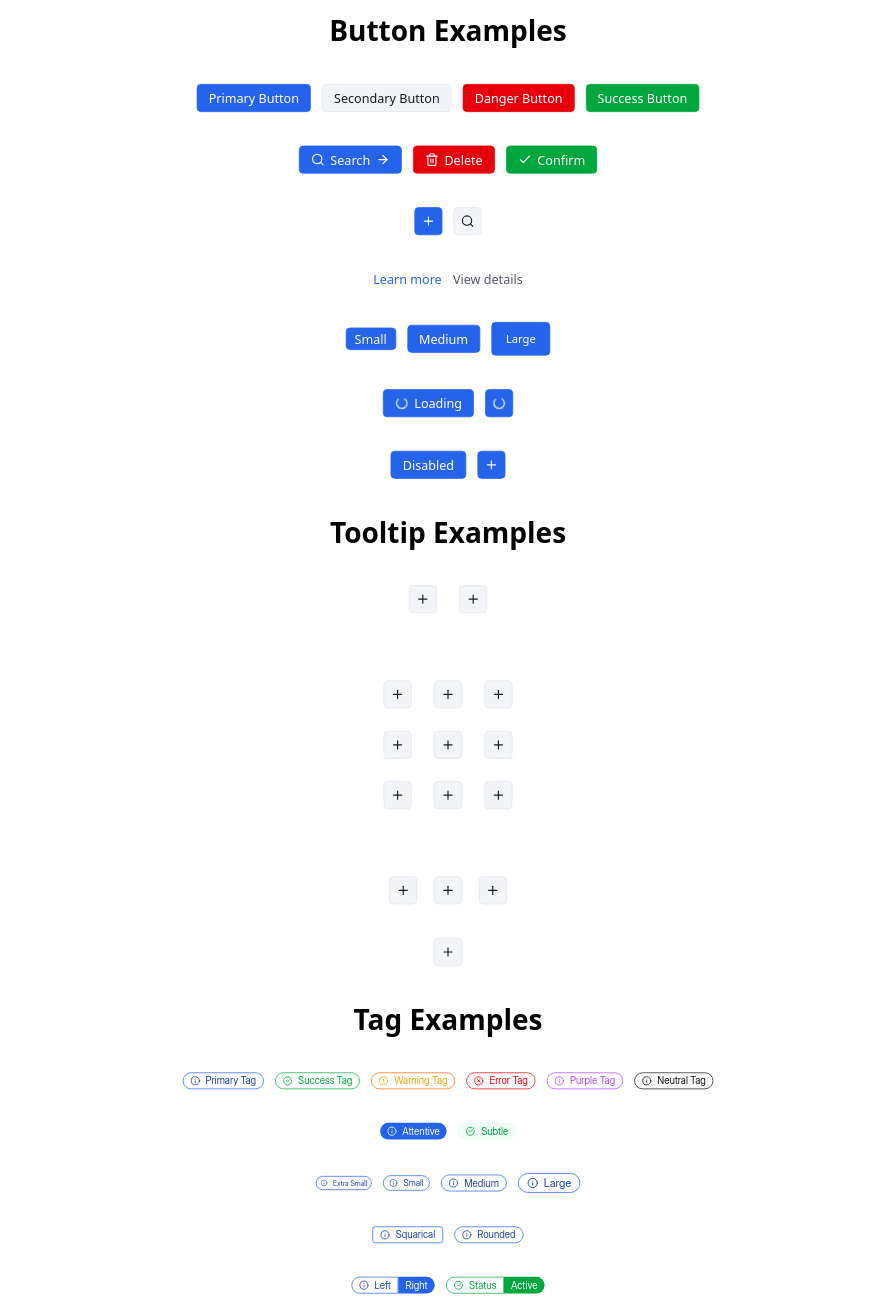
Repository: vinit-juspay/design-system
Page: /
An editor plug-in stored every save of this project. The page is shown before and after the next save, followed by the edit.
The browser window is 1280 px wide. The pictures show the whole page, at 70% of full size.
Some web fonts or font styles are not loaded; a fallback is used. The project was rebuilt for these pictures with package versions that can differ from the ones it lists, and the page was loaded fresh each time. Also part of the build but not shown: vite.config.ts, src/components/button/Button.utils.ts, src/components/button/Button.tsx.

Above is the page before, as saved 2025-04-05 19:15:54.

### index.html
<!doctype html>
<html lang="en">
  <head>
    <meta charset="UTF-8" />
    <meta name="viewport" content="width=device-width, initial-scale=1.0" />
    <link rel="preconnect" href="https://fonts.googleapis.com">
    <link rel="preconnect" href="https://fonts.gstatic.com" crossorigin>
    <link href="https://fonts.googleapis.com/css2?family=Inter+Display:wght@400;500;600;700&family=JetBrains+Mono:wght@400;500;600;700&display=swap" rel="stylesheet">
    <title>Juspay Design System</title>
  </head>
  <body>
    <div id="root"></div>
    <script type="module" src="/src/main.tsx"></script>
  </body>
</html>

### src/index.ts
import './index.css';

export type { ButtonProps, ButtonType, ButtonSize } from './components/button/Button.types';
export { default as Button } from './components/button/Button';

export type { TooltipProps, TooltipSize, TooltipArrow, SlotDirection } from './components/tooltip/Tooltip.types';
export { default as Tooltip } from './components/tooltip/Tooltip';

### lib/main.ts
import '../src/index.css';

export { default as Button } from './components/Button/Button';
export { default as Tag, SplitTag } from './components/Tags/Tags';

### src/components/tooltip/Tooltip.tsx
import * as React from 'react';
import * as RadixTooltip from '@radix-ui/react-tooltip';
import { TooltipProps } from './Tooltip.types';
import { getTooltipClassNames, getArrowStyles, getContentContainerClassNames, getSlotClassNames } from './Tooltip.utils';

/**
 * Tooltip component built on top of Radix UI tooltip primitive
 * Provides contextual information when hovering over elements
 *
 * @component
 * @example
 * // Basic usage
 * <Tooltip content="This is a tooltip">
 *   <Button>Hover me</Button>
 * </Tooltip>
 *
 * // With custom slot (e.g. icon)
 * <Tooltip content="Custom tooltip" arrow="right" hasSlot slot={InfoIcon} slotDirection="left">
 *   <span>Hover for info</span>
 * </Tooltip>
 */

const Tooltip = React.forwardRef<
  React.ElementRef<typeof RadixTooltip.Content>,
  TooltipProps
>(({
  children,
  content,
  size = 'sm',
  arrow = 'default',
  hasSlot = false,
  slotDirection = 'left',
  slot: Slot,
  providerProps = { delayDuration: 300 },
  rootProps,
  contentProps,
}, ref) => {
  const tooltipClassNames = getTooltipClassNames(size);
  const { arrowClassName, side, align, showArrow } = getArrowStyles(arrow);
  const contentContainerClassNames = getContentContainerClassNames();

  return (
    <RadixTooltip.Provider delayDuration={providerProps.delayDuration}>
      <RadixTooltip.Root {...rootProps}>
        <RadixTooltip.Trigger asChild>
          {children}
        </RadixTooltip.Trigger>
        <RadixTooltip.Portal>
          <RadixTooltip.Content
            ref={ref}
            sideOffset={5}
            side={side as RadixTooltip.TooltipContentProps['side']}
            align={align as RadixTooltip.TooltipContentProps['align']}
            className={tooltipClassNames}
            {...contentProps}
          >
            <div className={contentContainerClassNames}>
              {hasSlot && slotDirection === 'left' && Slot && (
                <Slot className={getSlotClassNames('left')} />
              )}
              {content}
              {hasSlot && slotDirection === 'right' && Slot && (
                <Slot className={getSlotClassNames('right')} />
              )}
            </div>
            {showArrow && <RadixTooltip.Arrow className={arrowClassName} />}
          </RadixTooltip.Content>
        </RadixTooltip.Portal>
      </RadixTooltip.Root>
    </RadixTooltip.Provider>
  );
});

Tooltip.displayName = 'Tooltip';

export default Tooltip;

### lib/components/Button/Button.tsx
import * as React from 'react';
import { Loader2 } from 'lucide-react';
import { ButtonProps } from './types';
import { cn } from '../../utils';
import { getButtonClassNames, getIconClassNames, getTextClassNames } from './utils';

const Button = React.forwardRef<HTMLButtonElement, ButtonProps>(
  ({
    buttonType = 'primary',
    size = 'md',
    subType = 'default',
    text,
    leadingIcon: LeadingIcon,
    trailingIcon: TrailingIcon,
    isLoading = false,
    isDisabled = false,
    className,
    children,
    ...props
  }, ref) => {
    const baseClassNames = getButtonClassNames(buttonType, size, subType);
    const iconClassNames = getIconClassNames(size, isLoading);
    const textClassNames = getTextClassNames(size);

    return (
      <button
        ref={ref}
        disabled={isDisabled || isLoading}
        className={cn(baseClassNames, className)}
        {...props}
      >
        {isLoading && (
          <Loader2 className={iconClassNames} />
        )}
        {!isLoading && LeadingIcon && (
          <LeadingIcon className={iconClassNames} />
        )}
        {(text || children) && (
          <span className={textClassNames}>{text || children}</span>
        )}
        {!isLoading && TrailingIcon && (
          <TrailingIcon className={iconClassNames} />
        )}
      </button>
    );
  }
);

Button.displayName = 'Button';

export default Button;

### lib/components/Tags/Tags.tsx
import * as React from 'react';
import { TagProps, SplitTagProps } from './types';
import { cn } from '../../utils';
import { getTagClassNames, getSplitTagClassNames } from './utils';
import { themeConfig } from '../../themeConfig';
// Import default icons
import { CheckCircle, XCircle, AlertCircle, InfoIcon } from 'lucide-react';

const Tag = React.forwardRef<HTMLDivElement, TagProps>(
  ({
    variant = 'noFill',
    tagStyle = 'rounded',
    size = 'md',
    color = 'neutral',
    label,
    leadingSlot,
    trailingSlot,
    className,
    children,
    ...props
  }, ref) => {
    const baseClassNames = getTagClassNames(variant, tagStyle, size, color);

    // Size-appropriate icon sizes
    const slotSizes = {
      xs: "h-2.5 w-2.5",
      sm: "h-3 w-3",
      md: "h-3.5 w-3.5",
      lg: "h-4 w-4"
    };

    // Default icons based on color
    const getDefaultIcon = () => {
      switch (color) {
        case 'success': return <CheckCircle />;
        case 'error': return <XCircle />;
        case 'warning': return <AlertCircle />;
        default: return <InfoIcon />;
      }
    };

    if (variant === 'splitTags') {
      return null; // SplitTag component should be used instead
    }

    return (
      <div
        ref={ref}
        className={cn(baseClassNames, className)}
        {...props}
      >
        {leadingSlot !== undefined ? (
          <div className={cn("flex items-center justify-center", slotSizes[size])}>
            {leadingSlot}
          </div>
        ) : (
          <div className={cn("flex items-center justify-center", slotSizes[size])}>
            {getDefaultIcon()}
          </div>
        )}
        {(label || children) && (
          <span className={cn("font-body", themeConfig.euler.tag.sizes[size].fontSize.split(' ')[0])}>
            {label || children}
          </span>
        )}
        {trailingSlot !== undefined && (
          <div className={cn("flex items-center justify-center", slotSizes[size])}>
            {trailingSlot}
          </div>
        )}
      </div>
    );
  }
);

Tag.displayName = 'Tag';

export const SplitTag = React.forwardRef<HTMLDivElement, SplitTagProps>(
  ({
    tagStyle = 'rounded',
    size = 'md',
    color = 'neutral',
    leftLabel,
    rightLabel,
    leftSlot,
    rightSlot,
    className,
    ...props
  }, ref) => {
    // Size-appropriate slot sizes
    const slotSizes = {
      xs: "h-2.5 w-2.5",
      sm: "h-3 w-3",
      md: "h-3.5 w-3.5",
      lg: "h-4 w-4"
    };

    // Default icons based on color
    const getDefaultIcon = () => {
      switch (color) {
        case 'success': return <CheckCircle />;
        case 'error': return <XCircle />;
        case 'warning': return <AlertCircle />;
        default: return <InfoIcon />;
      }
    };

    return (
      <div
        ref={ref}
        className={cn("inline-flex", className)}
        {...props}
      >
        <div className={getSplitTagClassNames(tagStyle, size, color, true)}>
          {leftSlot !== undefined ? (
            <div className={cn("flex items-center justify-center", slotSizes[size])}>
              {leftSlot}
            </div>
          ) : (
            <div className={cn("flex items-center justify-center", slotSizes[size])}>
              {getDefaultIcon()}
            </div>
          )}
          {leftLabel && (
            <span className={cn("font-body", themeConfig.euler.tag.sizes[size].fontSize.split(' ')[0])}>
              {leftLabel}
            </span>
          )}
        </div>
        <div className={getSplitTagClassNames(tagStyle, size, color, false)}>
          {rightLabel && (
            <span className={cn("font-body", themeConfig.euler.tag.sizes[size].fontSize.split(' ')[0])}>
              {rightLabel}
            </span>
          )}
          {rightSlot !== undefined && (
            <div className={cn("flex items-center justify-center", slotSizes[size])}>
              {rightSlot}
            </div>
          )}
        </div>
      </div>
    );
  }
);

SplitTag.displayName = 'SplitTag';

export default Tag;

### src/components/tooltip/Tooltip.utils.ts
import { TooltipSize, TooltipArrow } from './Tooltip.types';
import { themeConfig } from '../../themeConfig';
import { cn } from '../../lib/utils';

/**
 * Generates the appropriate class names for a tooltip based on its size
 *
 * @param {TooltipSize} size - The size of the tooltip (sm or lg)
 * @returns {string} Combined Tailwind CSS class names for the tooltip
 */
export const getTooltipClassNames = (size: TooltipSize): string => {
  const theme = themeConfig.euler.tooltip;
  const tooltipSize = theme.sizes[size];

  return cn(
    theme.baseStyles,
    tooltipSize.padding,
    tooltipSize.fontSize,
    tooltipSize.borderRadius,
    tooltipSize.maxWidth
  );
};

/**
 * Generates the appropriate class names for the slot based on its direction
 *
 * @param {string} direction - The direction of the slot ('left' or 'right')
 * @returns {string} Combined Tailwind CSS class names for the slot
 */
export const getSlotClassNames = (direction: 'left' | 'right'): string => {
  return cn(
    'h-4 w-4',
    direction === 'left' ? 'mr-2' : 'ml-2'
  );
};

/**
 * Generates the appropriate class names for a tooltip arrow based on its position
 *
 * @param {TooltipArrow} arrow - The position of the arrow
 * @returns {object} Object containing arrow classes and side/align props for Radix UI
 */
export const getArrowStyles = (arrow: TooltipArrow) => {
  const theme = themeConfig.euler.tooltip;

  // Default positioning (top arrow)
  let side = 'top';
  let align = 'center';
  let showArrow = true;

  switch (arrow) {
    case 'right':
      side = 'left';
      align = 'center';
      break;
    case 'left':
      side = 'right';
      align = 'center';
      break;
    case 'bottomCenter':
      side = 'bottom';
      align = 'center';
      break;
    case 'bottomLeft':
      side = 'bottom';
      align = 'start';
      break;
    case 'bottomRight':
      side = 'bottom';
      align = 'end';
      break;
    case 'topCenter':
      side = 'top';
      align = 'center';
      break;
    case 'topLeft':
      side = 'top';
      align = 'start';
      break;
    case 'topRight':
      side = 'top';
      align = 'end';
      break;
    case 'none':
      showArrow = false;
      break;
    default:
      // Default is top with center alignment
      break;
  }

  return {
    arrowClassName: cn(theme.arrow.baseStyles),
    side,
    align,
    showArrow
  };
};

/**
 * Generates the appropriate class names for the content container of the tooltip
 *
 * @returns {string} Combined Tailwind CSS class names for the tooltip content
 */
export const getContentContainerClassNames = (): string => {
  const theme = themeConfig.euler.tooltip;

  return cn(
    'flex',
    theme.content.baseStyles
  );
};

### lib/components/Button/utils.ts
import { ButtonSize, ButtonType, ButtonSubType } from './types';
import { themeConfig } from '../../themeConfig';
import { cn } from '../../utils';

export const getButtonClassNames = (
  type: ButtonType,
  size: ButtonSize,
  subType: ButtonSubType
): string => {
  const theme = themeConfig.euler.button;
  const buttonType = theme.buttonType[type];
  const buttonSize = theme.sizes[size];

  const baseClasses = `
    inline-flex items-center justify-center
    transition-all duration-200
    focus-visible:outline-primary-200 focus-visible:outline-2
    focus:outline-primary-200 focus:outline-2
    disabled:pointer-events-none
  `;

  if (subType === 'link') {
    return cn(
      baseClasses,
      buttonSize.fontSize,
      theme.linkColors[type].text,
      theme.linkColors[type].hover,
      theme.linkColors[type].focus
    );
  }

  if (subType === 'iconOnly') {
    return cn(
      baseClasses,
      buttonSize.height,
      'aspect-square p-0',
      buttonType.backgroundColor,
      buttonType.textColor,
      buttonType.hoverBackgroundColor,
      buttonType.activeBackgroundColor,
      buttonType.borderColor,
      buttonType.disabledBackgroundColor,
      theme.borderRadius
    );
  }

  return cn(
    baseClasses,
    buttonSize.height,
    buttonSize.padding,
    buttonSize.fontSize,
    buttonSize.gap,
    buttonType.backgroundColor,
    buttonType.textColor,
    buttonType.hoverBackgroundColor,
    buttonType.activeBackgroundColor,
    buttonType.borderColor,
    buttonType.disabledBackgroundColor,
    theme.borderRadius
  );
};

export const getIconClassNames = (size: ButtonSize, isLoading: boolean): string => {
  const theme = themeConfig.euler.button;
  const buttonSize = theme.sizes[size];

  return cn(
    buttonSize.iconSize,
    isLoading && 'animate-spin'
  );
};

export const getTextClassNames = (size: ButtonSize): string => {
  const theme = themeConfig.euler.button;
  const buttonSize = theme.sizes[size];

  return cn(
    buttonSize.fontSize
  );
};

### lib/components/Tags/utils.ts
import { TagVariant, TagStyle, TagSize, TagColor } from './types';
import { themeConfig } from '../../themeConfig';
import { cn } from '../../utils';

export const getTagClassNames = (
  variant: TagVariant,
  tagStyle: TagStyle,
  size: TagSize,
  color: TagColor
): string => {
  const theme = themeConfig.euler.tag;

  // Base classes for all tags
  const baseClasses = `
    inline-flex items-center justify-center
    gap-2 transition-all duration-200
  `;

  // For splitTags, we'll handle this differently in the component
  if (variant === 'splitTags') {
    return cn(
      baseClasses,
      theme.sizes[size].height,
      theme.sizes[size].fontSize,
      theme.style[tagStyle]
    );
  }

  return cn(
    baseClasses,
    theme.sizes[size].height,
    theme.sizes[size].padding,
    theme.sizes[size].fontSize,
    theme.style[tagStyle],
    theme.variant[variant][color]
  );
};

export const getSplitTagClassNames = (
  tagStyle: TagStyle,
  size: TagSize,
  color: TagColor,
  isLeft: boolean
): string => {
  const theme = themeConfig.euler.tag;

  // Base classes for all tags
  const baseClasses = `
    inline-flex items-center justify-center
    gap-2 transition-all duration-200
  `;

  // Use noFill variant for left side and attentive variant for right side
  const variant = isLeft ? 'noFill' : 'attentive';

  // Apply border radius based on side
  const borderRadius = tagStyle === 'rounded'
    ? (isLeft ? 'rounded-l-full' : 'rounded-r-full')
    : (isLeft ? 'rounded-l' : 'rounded-r');

  return cn(
    baseClasses,
    theme.sizes[size].height,
    theme.sizes[size].padding,
    theme.sizes[size].fontSize,
    borderRadius,
    theme.variant[variant][color]
  );
};

### lib/themeConfig.ts
// Copy your existing themeConfig.ts file here
// This is a placeholder - use your actual theme config
export const themeConfig = {
  euler: {
    button: {
      buttonType: {
        primary: {
          backgroundColor: 'bg-blue-600',
          textColor: 'text-white',
          hoverBackgroundColor: 'hover:bg-blue-700',
          borderColor: 'border border-blue-600'
        },
        secondary: {
          backgroundColor: 'bg-gray-100',
          textColor: 'text-gray-900',
          hoverBackgroundColor: 'hover:bg-gray-200',
          borderColor: 'border border-gray-200'
        },
        danger: {
          backgroundColor: 'bg-red-600',
          textColor: 'text-white',
          hoverBackgroundColor: 'hover:bg-red-700',
          borderColor: 'border border-red-600'
        },
        success: {
          backgroundColor: 'bg-green-600',
          textColor: 'text-white',
          hoverBackgroundColor: 'hover:bg-green-700',
          borderColor: 'border border-green-600'
        }
      },
      sizes: {
        sm: {
          height: 'h-8',
          padding: 'px-3',
          fontSize: 'text-sm',
          iconSize: 'w-4 h-4',
          gap: 'gap-1.5'
        },
        md: {
          height: 'h-10',
          padding: 'px-4',
          fontSize: 'text-sm',
          iconSize: 'w-5 h-5',
          gap: 'gap-2'
        },
        lg: {
          height: 'h-12',
          padding: 'px-5',
          fontSize: 'text-base',
          iconSize: 'w-5 h-5',
          gap: 'gap-2'
        }
      },
      linkColors: {
        primary: {
          text: 'text-blue-600',
          hover: 'hover:text-blue-700',
          focus: 'focus:text-blue-700'
        },
        secondary: {
          text: 'text-gray-600',
          hover: 'hover:text-gray-700',
          focus: 'focus:text-gray-700'
        },
        danger: {
          text: 'text-red-600',
          hover: 'hover:text-red-700',
          focus: 'focus:text-red-700'
        },
        success: {
          text: 'text-green-600',
          hover: 'hover:text-green-700',
          focus: 'focus:text-green-700'
        }
      },
      borderRadius: 'rounded-md'
    },
    tag: {
      variant: {
        noFill: {
          neutral: 'bg-gray-0 text-gray-950 border border-gray-950',
          primary: 'bg-gray-0 text-blue-800 border border-blue-600',
          success: 'bg-gray-0 text-green-600 border border-green-600',
          error: 'bg-gray-0 text-red-600 border border-red-600',
          warning: 'bg-gray-0 text-amber-500 border border-orange-500',
          purple: 'bg-gray-0 text-purple-500 border border-purple-500'
        },
        attentive: {
          neutral: 'bg-gray-950 text-gray-0',
          primary: 'bg-blue-600 text-gray-0',
          success: 'bg-green-600 text-gray-0',
          error: 'bg-red-600 text-gray-0',
          warning: 'bg-orange-500 text-gray-0',
          purple: 'bg-purple-500 text-gray-0'
        },
        subtle: {
          neutral: 'bg-gray-50 text-gray-950 border border-gray-200',
          primary: 'bg-blue-50 text-blue-600 border border-blue-100',
          success: 'bg-green-50 text-green-600 border border-green-100',
          error: 'bg-red-50 text-red-600 border border-red-100',
          warning: 'bg-orange-50 text-amber-600 border border-orange-100',
          purple: 'bg-purple-50 text-purple-600 border border-purple-100'
        }
      },
      sizes: {
        xs: {
          height: 'h-5',
          padding: 'px-1.5 py-0.5',
          fontSize: 'text-body-xs font-body'
        },
        sm: {
          height: 'h-[22px]',
          padding: 'px-2 py-0.75',
          fontSize: 'text-body-sm font-body'
        },
        md: {
          height: 'h-6',
          padding: 'px-2.5 py-1',
          fontSize: 'text-body-md font-body'
        },
        lg: {
          height: 'h-7',
          padding: 'px-3 py-1.5',
          fontSize: 'text-body-lg font-body'
        }
      },
      style: {
        squarical: 'rounded',
        rounded: 'rounded-full'
      }
    }
  }
};

Loaded but not shown: src/main.tsx (common file); src/index.css (common file); src/lib/utils.ts (common file); lib/utils/index.ts (common file); tailwind.config.js (318 lines, source omitted); src/App.tsx (335 lines, source omitted); src/themeConfig.ts (278 lines, source omitted)

After the next save:
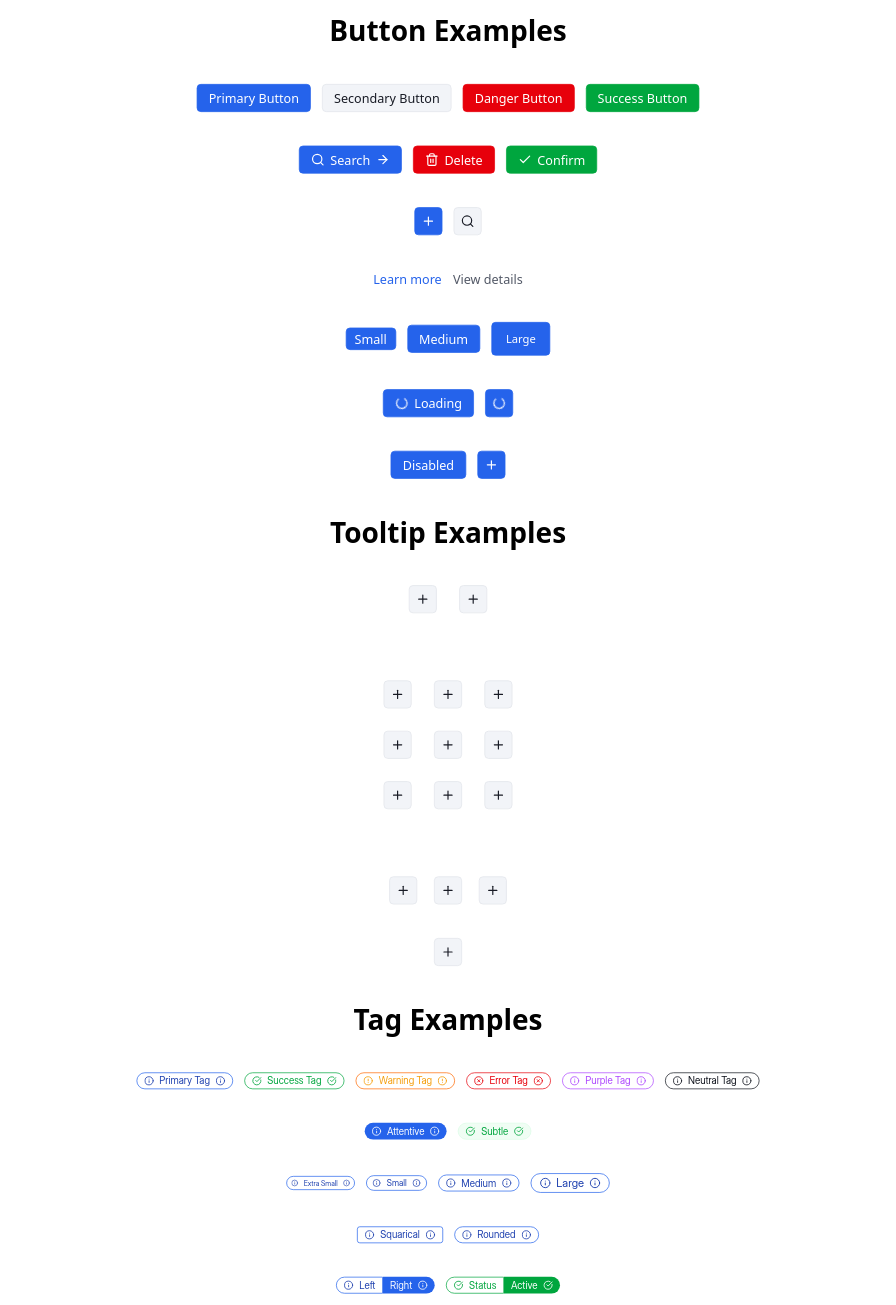
Saved 69 s later.
--- a/lib/components/Tags/Tags.tsx
+++ b/lib/components/Tags/Tags.tsx
@@ -63,9 +63,13 @@ const Tag = React.forwardRef<HTMLDivElement, TagProps>(
             {label || children}
           </span>
         )}
-        {trailingSlot !== undefined && (
+        {trailingSlot !== undefined ? (
           <div className={cn("flex items-center justify-center", slotSizes[size])}>
             {trailingSlot}
+          </div>
+        ) : (
+          <div className={cn("flex items-center justify-center", slotSizes[size])}>
+            {getDefaultIcon()}
           </div>
         )}
       </div>
@@ -133,9 +137,13 @@ export const SplitTag = React.forwardRef<HTMLDivElement, SplitTagProps>(
               {rightLabel}
             </span>
           )}
-          {rightSlot !== undefined && (
+          {rightSlot !== undefined ? (
             <div className={cn("flex items-center justify-center", slotSizes[size])}>
               {rightSlot}
+            </div>
+          ) : (
+            <div className={cn("flex items-center justify-center", slotSizes[size])}>
+              {getDefaultIcon()}
             </div>
           )}
         </div>
